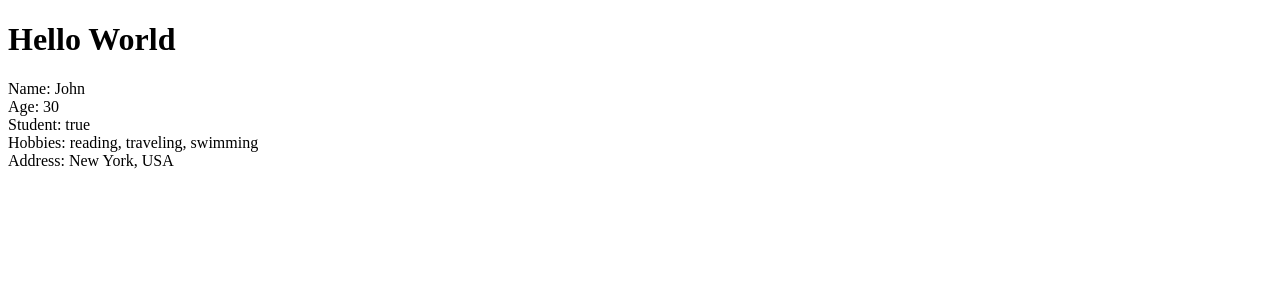
Repository: walidrashadx/Javascript_ES6
Page: index.html
The author's editor kept a copy of each file at every save. The page is drawn from the files as they stood at one save, then again after the next save.
The browser window is 1280 px wide. The pictures show the whole page.

Above is the page before, as saved 2025-09-27 22:29:51.

### index.html
<!DOCTYPE html>
<html lang="en">
  <head>
    <meta charset="UTF-8" />
    <meta name="viewport" content="width=device-width, initial-scale=1.0" />
    <title>Document</title>

  </head>
  <body>
    <h1 id="hello">Hello World</h1>

     <script src="main.js"></script>
  </body>
  </html>

### main.js


let uname = "John";
let age = 30;
let isStudent = true;
let hobbies = ["reading", "traveling", "swimming"];
let address = { city: "New York", country: "USA" };

let personCard =
`<div id = "card">

<div id = "name"> Name: ${uname} </div>
<div id = "age"> Age: ${age} </div>
<div id = "isStudent"> Student: ${isStudent} </div>
<div id = "hobbies"> Hobbies: ${hobbies.join(", ")} </div>
<div id = "address"> Address: ${address.city}, ${address.country} </div> </div>`;

document.write(personCard);
let con
console.log(`hello $`)

After the next save:
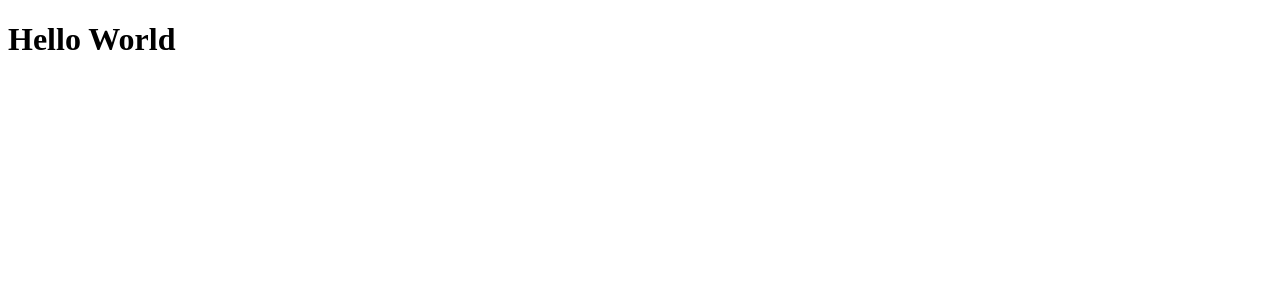
Console error: SyntaxError: Unexpected token '.'
Saved 4 s later.
--- a/main.js
+++ b/main.js
@@ -16,5 +16,5 @@
 <div id = "address"> Address: ${address.city}, ${address.country} </div> </div>`;
 
 document.write(personCard);
-let con
+let
 console.log(`hello $`)

After the save that followed:
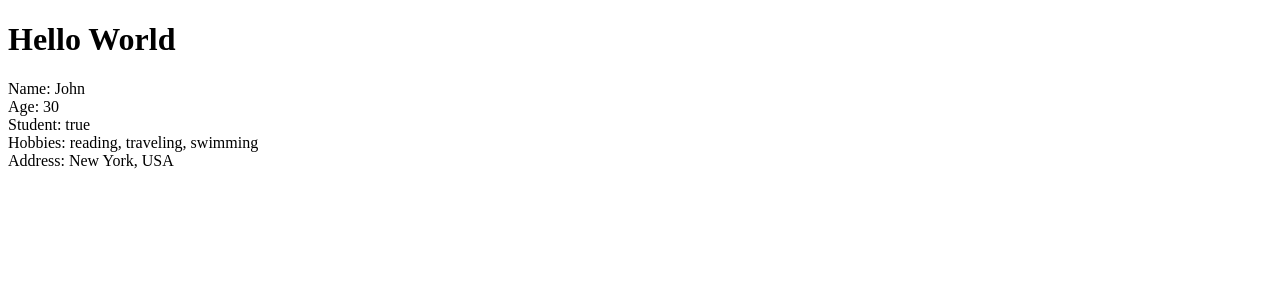
The error is gone.
Saved 4 s later.
--- a/main.js
+++ b/main.js
@@ -16,5 +16,5 @@
 <div id = "address"> Address: ${address.city}, ${address.country} </div> </div>`;
 
 document.write(personCard);
-let
+let my
 console.log(`hello $`)
